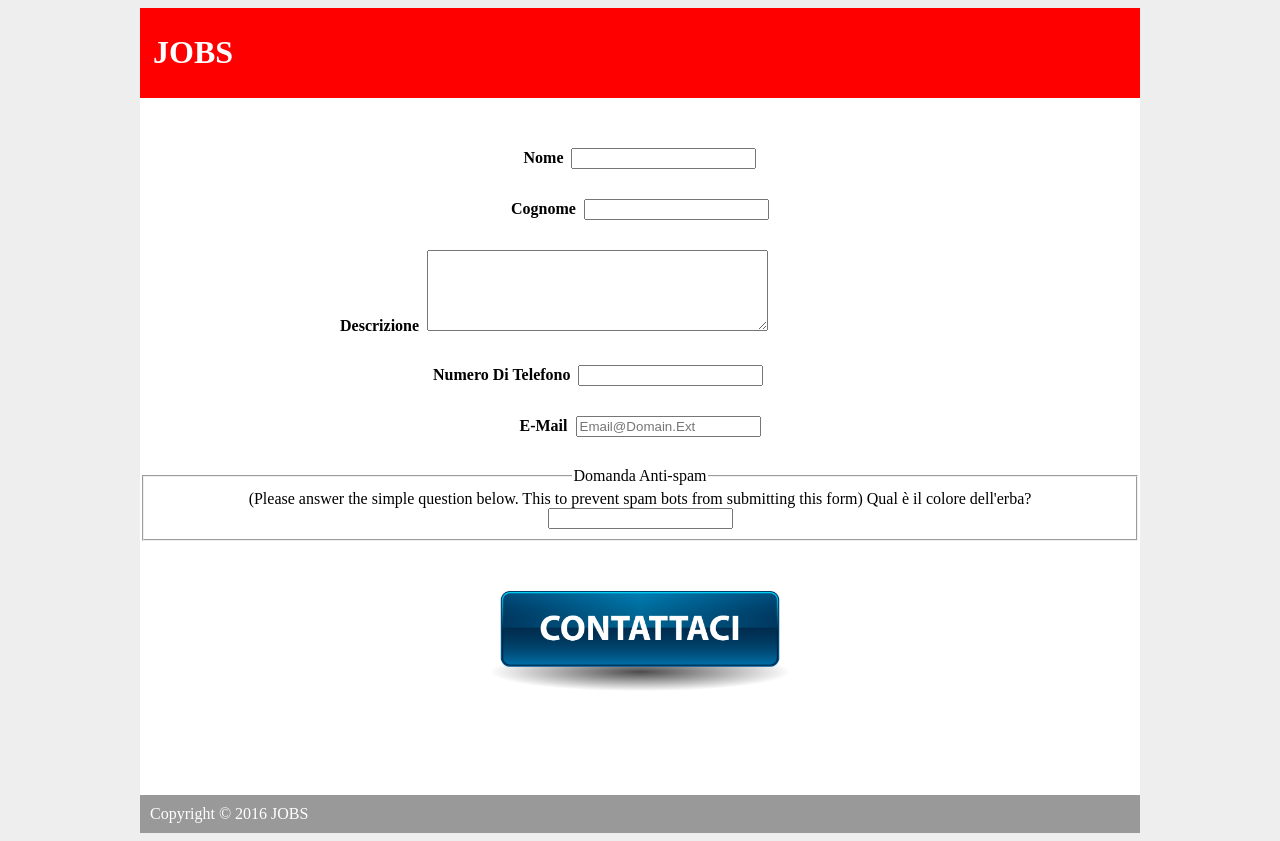
Repository: ProjectRC/RC
Page: client/contattaci.html
The author's editor kept a record of every edit. The page is drawn from the files as they stood at one moment, then again after the next edit.
The browser window is 1280 px wide. The pictures show the whole page.

Above is the page before.

### client/contattaci.html
<!DOCTYPE html>
<html>
    <head>
        <title>Contatta l'offerente JOBS </title>
        <link rel="stylesheet" type="text/css" href="css/contattaci.css" />
        <link rel="shortcut icon" type="image/x-icon" href="img/favicon.ico" />
    </head>
    <body>
    <form action="sendEmail" method="post" >
        <div id="container">
            <div id="header">
                <h1>&nbspJOBS</h1>
            </div>
            <div id="main">

                <style>input{text-transform:capitalize}</style>

                <div id="nome">
                    <label><b>Nome&nbsp</b></label>
                    <input type="text" name="nome" autocomplete="on" size="20" maxlength="60" required/>
                </div>

                <div id="cognome">
                    <label><b>Cognome&nbsp</b></label>
                    <input type="text" name="cognome" autocomplete="on" size="20" maxlength="60" required/>
                </div>

                <div id="testo">
                    <label><b>Descrizione&nbsp</b></label>
                    <textarea name="testo" rows="5" cols="40" required /></textarea>
                </div>

                <div id="telefono">
                    <label><b>Numero di telefono&nbsp</b></label>
                    <input type="tel" name="numero" autocomplete="on" size="20" maxlength="60" required pattern="[0-9]{7,10}"/>
                </div>

                <div id="email">
                    <label><b>E-mail&nbsp</b></label>
                    <input type="email" name="email" autocomplete="on" placeholder="email@domain.ext" size="20" maxlength="60" required/>
                </div>

                <fieldset id='antispam'>
                <legend >Domanda Anti-spam </legend>
                    <span class='short_explanation'>(Please answer the simple question below. This to prevent spam bots from submitting this form)</span>

                        <label>Qual è il colore dell'erba?</label>
                        <input type='text' name='antispam'  maxlength="10" required pattern="[v]{1}[e]{1}[r]{1}[d]{1}[e]{1}" /><br/>
                </fieldset>

                <div id="contatta">
                    <input type="image"src="img/Contattaci.png" width="300" hight="99"border="0"/>
                </div>

            </div>

            <div id="footer">
                Copyright &copy; 2016 JOBS
            </div>
        </div>
    </form>
    </body>

</html>

### client/css/contattaci.css
body {
    background-color: #EEE;
}

#container {
    background-color: white;
    width: 1000px;
    margin-left: auto;
    margin-right: auto;
}

#header {
    clear: both;
    padding: 5px;
    background-color: red;
    color: white;
    text-align: left;
}

#main {
    background-color: white;
    text-align: left;
}

#nome {
    margin-top: 50px;
    text-align: center;
    /*margin-left: 264px;*/
    text-transform: capitalize;
}

#cognome {
    margin-top: 30px;
    text-align: center;
    /*margin-left: 195px;*/
    text-transform: capitalize;
}

#testo {
    margin-top: 30px;
    margin-left: 200px;
    text-align: left;
}

#telefono {
    margin-top: 30px;
    text-align: left;
    margin-left: 293px;
    text-transform: capitalize;
}

#email {
    margin-top: 30px;
    text-align: center;
    /*margin-left: 299px;*/
    text-transform: capitalize;
}

#antispam {
    margin-top: 30px;
    text-align: center;
    /*margin-left: 269px;*/
}

#contatta {
    text-align: center;
    margin-top: 50px;

}

#footer {
    margin-top: 100px;
    clear: both;
    padding: 10px;
    background-color: #999999;
    color: white;
    text-align: left;
}

After the next edit:
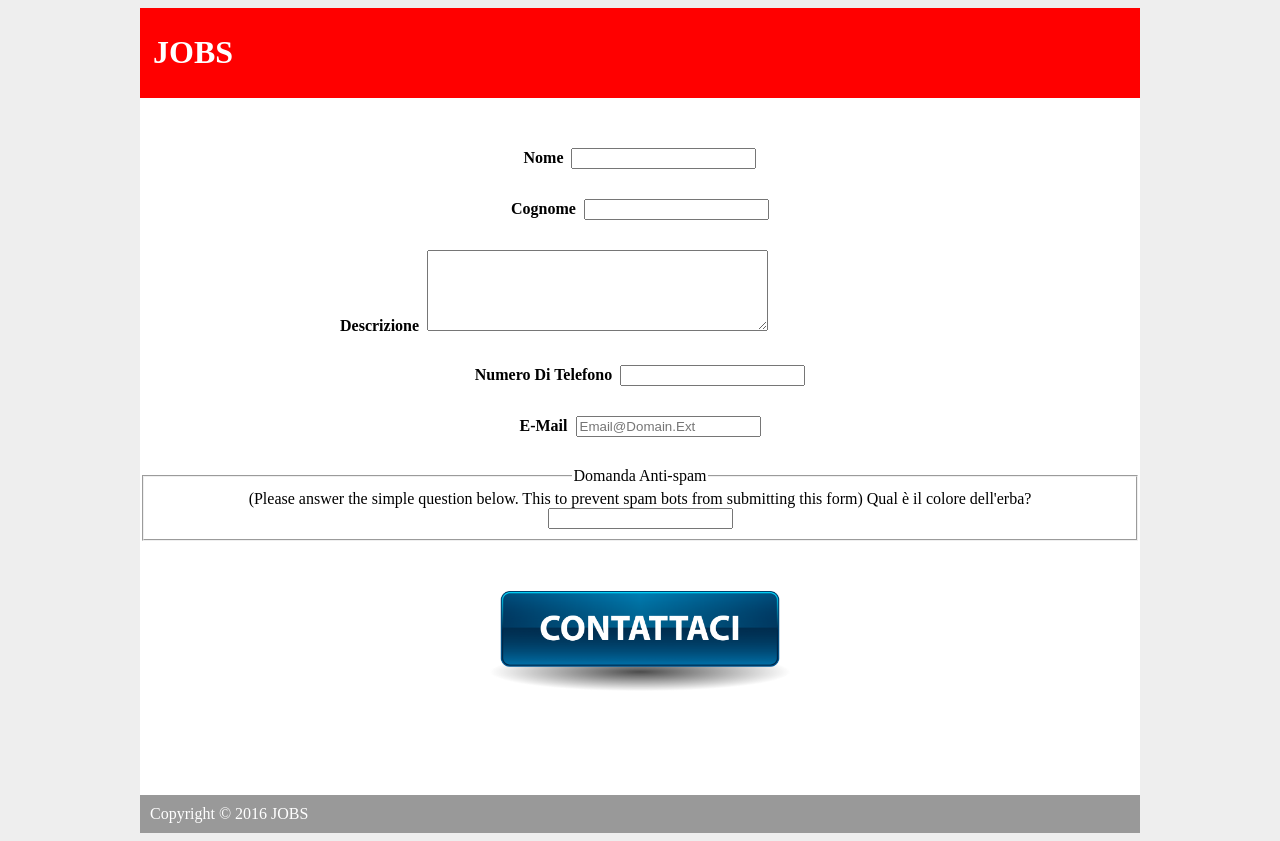
The edit:
--- a/client/css/contattaci.css
+++ b/client/css/contattaci.css
@@ -44,8 +44,8 @@
 
 #telefono {
     margin-top: 30px;
-    text-align: left;
-    margin-left: 293px;
+    text-align: center;
+    /*margin-left: 293px;*/
     text-transform: capitalize;
 }
 
